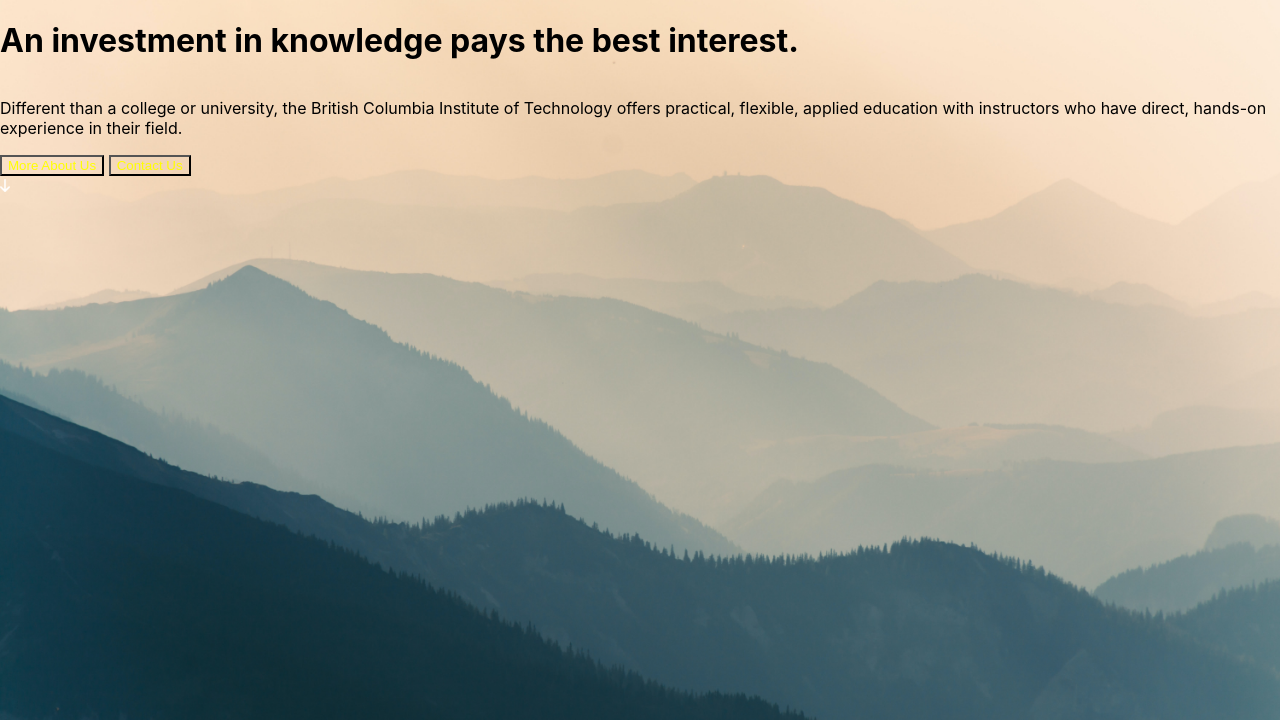
Repository: SaraShio/A01314209_Sara_Shiojima
Page: /
An editor plug-in stored every save of this project. The page is shown before and after the next save, followed by the edit.
The browser window is 1280 px wide. The pictures show the whole page.
The project was rebuilt for these pictures with package versions that can differ from the ones it lists, and the page was loaded fresh each time. The framework's server and built-in components were replaced by stand-ins that run in the browser. Also part of the build but not shown: next.config.js.

Above is the page before, as saved 2023-02-07 22:15:42.

After the next save:
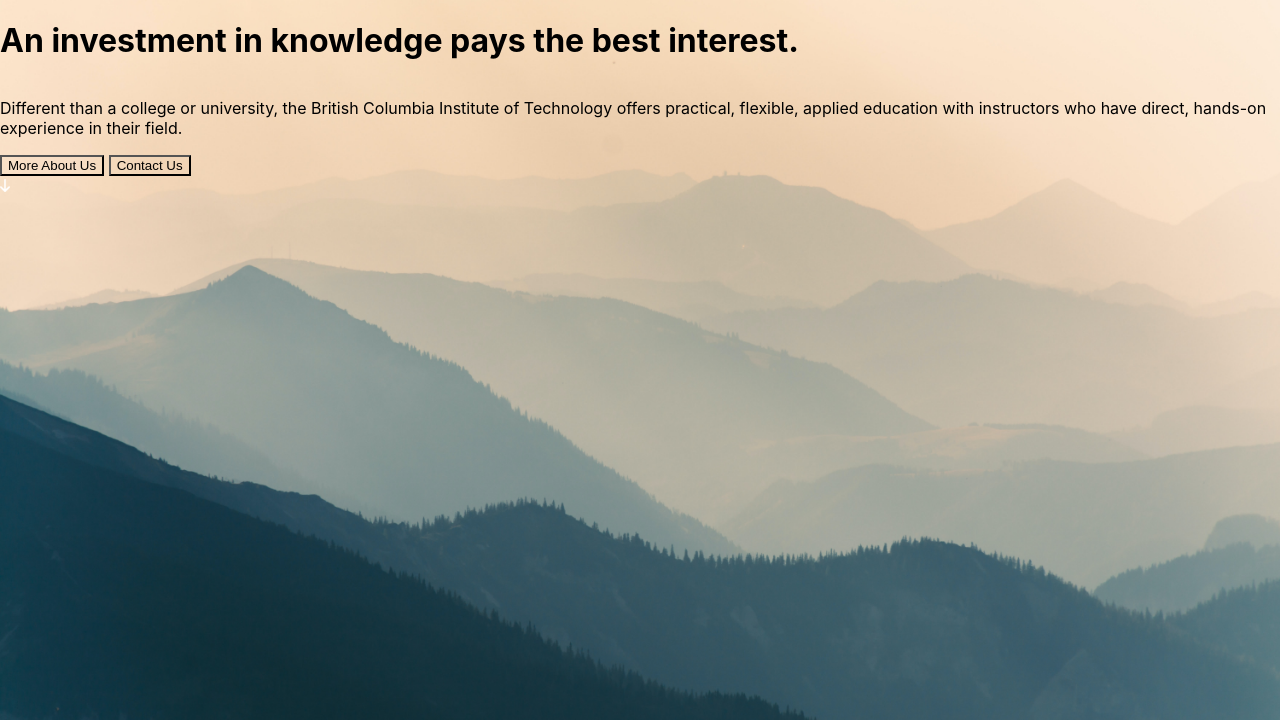
Saved 6 s later.
--- a/styles/Home.module.css
+++ b/styles/Home.module.css
@@ -18,5 +18,4 @@ width: 100vw;
 
 .button{
 background-color: transparent;
-color: yellow;
 }
